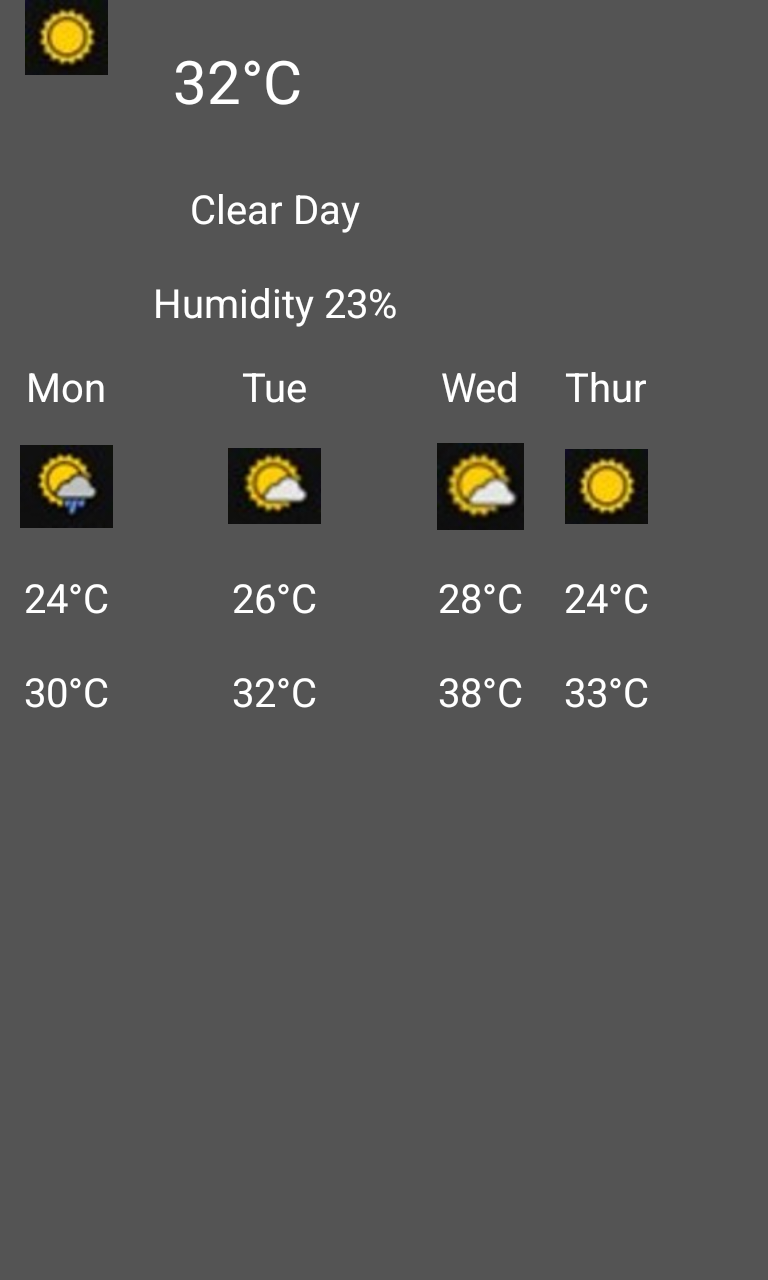
Repository: 12030121002/androideventhandling
Layout: Demo/res/layout/weather.xml
An editor plug-in stored every save of this project. The layout is shown before and after the next save, followed by the edit.
It is drawn on a 768 x 1280 px phone screen (xhdpi) without system bars, with theme AppTheme; the app's code is not run.

Above is the layout before, as saved 2014-12-08 05:35:35.

After the next save:
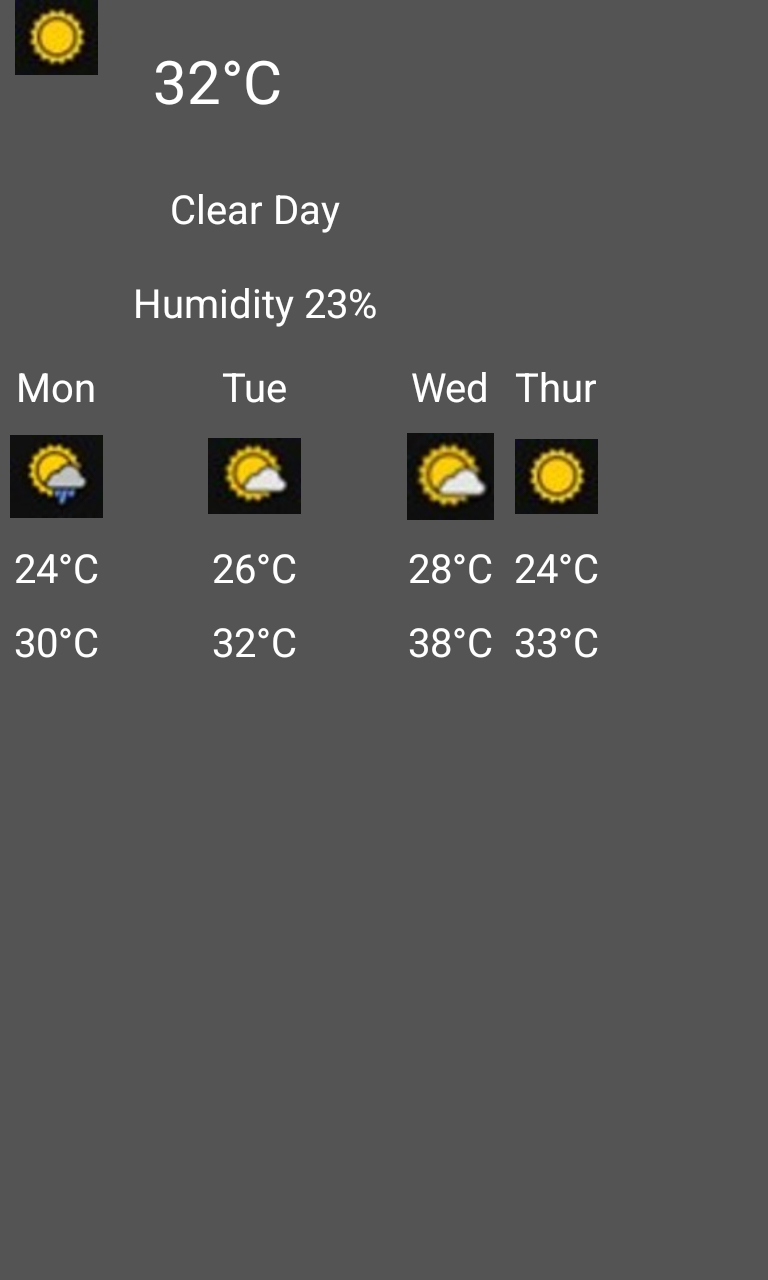
Saved 56 s later.
--- a/Demo/res/layout/weather.xml
+++ b/Demo/res/layout/weather.xml
@@ -111,7 +111,7 @@
         android:layout_height="wrap_content"
         android:src="@drawable/tuesday"
         android:layout_gravity="center"
-        android:padding="10dp"
+        android:padding="5dp"
     	android:layout_column="0"
     />
 
@@ -121,7 +121,7 @@
         android:layout_height="wrap_content"
         android:src="@drawable/monday"
         android:layout_gravity="center"
-        android:padding="10dp"
+        android:padding="5dp"
         android:layout_column="1"/>
 
     <ImageView
@@ -130,7 +130,7 @@
         android:layout_height="wrap_content"
         android:src="@drawable/thursday"
         android:layout_gravity="center"
-        android:padding="10dp"
+        android:padding="5dp"
         android:layout_column="2"/>
 
     <ImageView
@@ -139,7 +139,7 @@
         android:layout_height="wrap_content"
         android:src="@drawable/wednesday"
         android:layout_gravity="center"
-        android:padding="10dp"
+        android:padding="5dp"
         android:layout_column="3"/>
 
    </TableRow>
@@ -152,7 +152,7 @@
         android:layout_height="wrap_content"
          android:text="@string/one"
         android:textColor="@color/white"
-        android:padding="10dp"
+        android:padding="5dp"
         android:textSize="20sp"
         android:layout_gravity="center"
         android:layout_column="0"
@@ -165,7 +165,7 @@
         android:layout_height="wrap_content"
          android:text="@string/two"
         android:textColor="@color/white"
-         android:padding="10dp"
+         android:padding="5dp"
         android:textSize="20sp"
         android:layout_gravity="center"
         android:layout_column="1"/>
@@ -177,7 +177,7 @@
         android:layout_height="wrap_content"
          android:text="@string/three"
         android:textColor="@color/white"
-         android:padding="10dp"
+         android:padding="5dp"
         android:textSize="20sp"
         android:layout_gravity="center"
          android:layout_column="2"/>
@@ -188,7 +188,7 @@
         android:layout_height="wrap_content"
          android:text="@string/four"
         android:textColor="@color/white"
-         android:padding="10dp"
+         android:padding="5dp"
         android:textSize="20sp"
         android:layout_gravity="center"
          android:layout_column="3"/>
@@ -201,7 +201,7 @@
         android:layout_height="wrap_content"
          android:text="@string/five"
         android:textColor="@color/white"
-        android:padding="10dp"
+        android:padding="5dp"
         android:textSize="20sp"
         android:layout_gravity="center"
          android:layout_column="0"/>
@@ -213,7 +213,7 @@
         android:layout_height="wrap_content"
          android:text="@string/six"
         android:textColor="@color/white"
-         android:padding="10dp"
+         android:padding="5dp"
         android:textSize="20sp"
         android:layout_gravity="center"
         android:layout_column="1"/>
@@ -225,7 +225,7 @@
         android:layout_height="wrap_content"
          android:text="@string/seven"
         android:textColor="@color/white"
-         android:padding="10dp"
+         android:padding="5dp"
         android:textSize="20sp"
         android:layout_gravity="center"
          android:layout_column="2"/>
@@ -236,7 +236,7 @@
         android:layout_height="wrap_content"
          android:text="@string/eight"
         android:textColor="@color/white"
-         android:padding="10dp"
+         android:padding="5dp"
         android:textSize="20sp"
         android:layout_gravity="center"
         android:layout_column="3"
